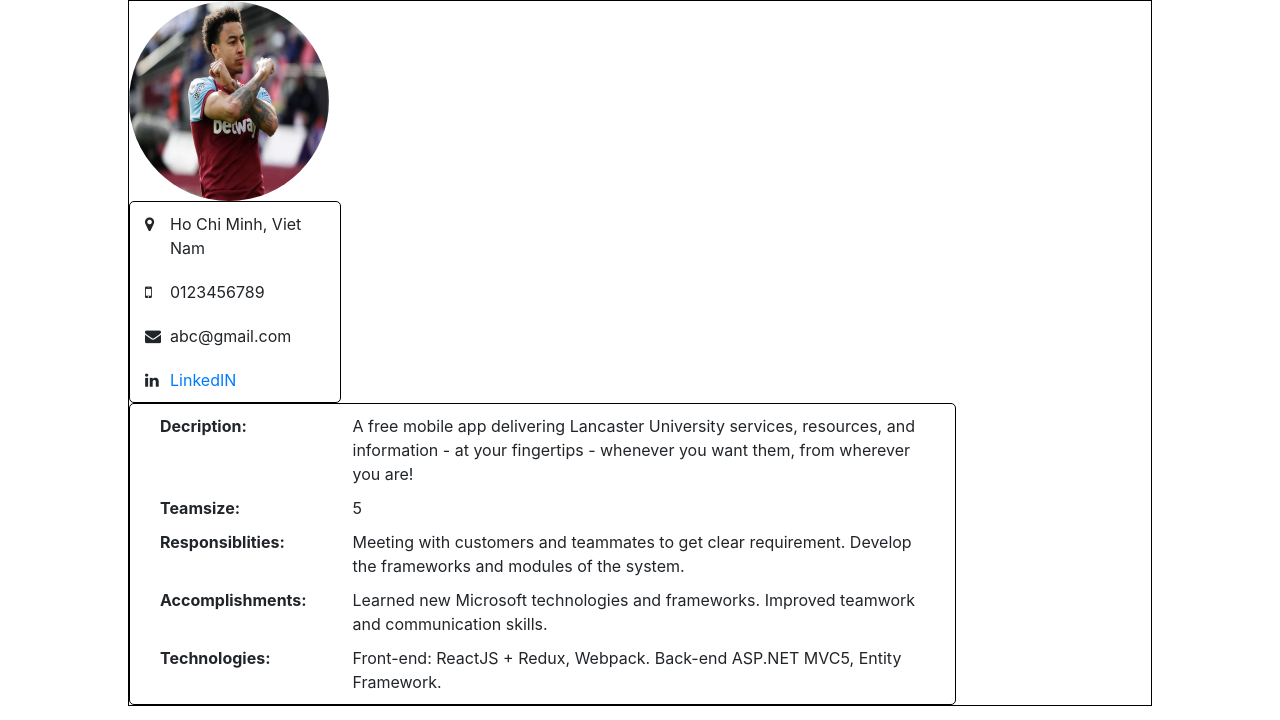
Repository: khoibanh113/mycv
Page: /
These files come from the project's save history. The page is drawn as it stood at one moment and after the next save; the edit follows.
The browser window is 1280 px wide. The pictures show the whole page.
The project was rebuilt for these pictures with package versions that can differ from the ones it lists, and the page was loaded fresh each time.

Above is the page before, as saved 2021-04-02 09:09:18.

### src/App.js
import React,{Component} from 'react'
import './App.css'
import Avatar from './component/avatar'
import AvaImg from './image/avatar.jpg'
import Contact from './component/contact'
import Name from './component/name'
import Experience from './component/experience'
class App extends Component {
  render(){
    return (
      <div className="App">
        <Avatar img={AvaImg} />

        <Contact
          name='Nguyen Vo Hoang Khoi'
          location='Ho Chi Minh, Viet Nam'
          phone='0123456789'
          email='abc@gmail.com'
          linkedin='LinkedIN'
        />
        <Experience
          projectname ='Project Course'
          projecttime='March 03 2019 - March 30 2019'
          projectlocation='ABC Company'
          decription ='A free mobile app delivering Lancaster University services, resources, and information - at your fingertips - whenever you want them, from wherever you are!'
          teamsize='5'
          responsiblities='Meeting with customers and teammates to get clear requirement. Develop the frameworks and modules of the system.'
          accomplishments='Learned new Microsoft technologies and frameworks. Improved teamwork and communication skills.'
          technologies='Front-end: ReactJS + Redux, Webpack. Back-end ASP.NET MVC5, Entity Framework.'
        />


      </div>
    );
  }
}

export default App;

### src/App.css
.App{
  height: fit-content;
  width: 80%;
  border: 1px solid black;
  margin: 0px auto;
  position: relative;
}

### src/component/avatar.js
import React from 'react'
import '../css/avatar.css'

class avatar extends React.Component {
    constructor(props){
        super(props);
        this.image = props.img;
    }

  render(){
    return (
        <div className="avaContainer">
          <img src={this.image} alt="this is your avatar" />
        </div>
    );
  }
}

export default avatar;

### src/component/contact.js
import  {Component} from 'react'
import '../../node_modules/font-awesome/css/font-awesome.min.css';
import 'bootstrap/dist/css/bootstrap.min.css';
import '../css/contact.css'

class contact extends Component{
    constructor(props){
        super(props);
        this.location = props.location;
        this.phone = props.phone;
        this.email = props.email;
        this.linkedin = props.linkedin;
    }



    render(){
        return(
            <div className="container-contact">

                <div className="row row-contact">
                        <div className="col-1 icon-contact">
                            <li className="fa fa-map-marker"></li>
                        </div>
                        <div className="col detail-contact">
                            <span>{this.location}</span>
                        </div>
                </div>
                <div class="row row-contact">
                    <div className="col-1 icon-contact">
                        <li className="fa fa-mobile" ></li>
                    </div>
                    <div className="col detail-contact">
                        <span>{this.phone}</span>
                    </div>
                </div>
                <div className="row row-contact">
                    <div className="col-1 icon-contact">
                        <li className="fa fa-envelope"></li>
                    </div>
                    <div class="col  detail-contact">
                        <span>{this.email}</span>
                    </div>
                </div>
                <div className="row row-contact">
                    <div className="col-1 icon-contact">
                        <li className="fa fa-linkedin"></li>
                    </div>
                    <div className="col  detail-contact">
                        <a href={this.linkedin} >{this.linkedin}</a>
                    </div>
                </div>

            </div>

        )
    }
}

export default contact;

### src/component/experience.js
import {Component} from 'react'
import 'bootstrap/dist/css/bootstrap.min.css';
import '../css/experience.css'
class experience extends Component{


    render(){
        return(
            <div>
                {/* <div className="row row-experience">
                    <div className="col-2">Project:</div>
                    <div className="col">Projectname</div>

                </div> */}
                <div className='container-experience'>
                    <div className="row row-experience">
                        <div className="col-2 col-item"><b>Decription:</b></div>
                        <div className="col detail-content">
                            <span>
                            A free mobile app delivering Lancaster University services, resources, and information - at your fingertips - whenever you want them, from wherever you are!
                            </span>
                        </div>
                    </div>
                    <div className="row row-experience">
                        <div className="col-2 col-item"><b>Teamsize:</b></div>
                        <div className="col detail-content">
                            <span>
                            5
                            </span>
                        </div>
                    </div>
                    <div className="row row-experience">
                        <div className="col-2 col-item"><b>Responsiblities:</b></div>
                        <div className="col detail-content">
                            <span>
                            Meeting with customers and teammates to get clear requirement. Develop the frameworks and modules of the system.
                            </span>
                        </div>
                    </div>
                    <div className="row row-experience">
                        <div className="col-2 col-item"><b>Accomplishments:</b></div>
                        <div className="col detail-content">
                            <span>
                            Learned new Microsoft technologies and frameworks. Improved teamwork and communication skills.
                            </span>
                        </div>
                    </div>
                    <div className="row row-experience">
                        <div className="col-2 col-item"><b>Technologies:</b></div>
                        <div className="col detail-content">
                            <span>
                            Front-end: ReactJS + Redux, Webpack. Back-end ASP.NET MVC5, Entity Framework.</span>
                        </div>
                    </div>
                </div>


             </div>
        )
    }
}

export default experience;

### src/css/avatar.css

.avaContainer img {
    height: 100%;
    width: 100%;
    border-radius: 100px;
}
.avaContainer{
    height: 200px;
    width: 200px;

}

.nameContainer{
    text-align: center;
}

### src/css/contact.css
.row-contact{
    padding: 10px 0px 10px 30px;
}
.detail-contact{
    width: 200px;
}
.icon-contact{
    padding: 0px 0px;
    max-width: 10px;


}
.container-contact{
    max-width: fit-content;
    /* width: fit-content; */
    border: 1px solid black;
    border-radius: 5px;
}

### src/css/experience.css
.container-experience{
    max-width: fit-content;
    border: 1px solid black;
    border-radius: 5px;
}
.row-experience{
    margin: 10px 0px 10px 30px;
}
.col-item{
    width: 150px;
    padding: 0px 0px;
    margin-right: 45px;
}
.detail-content{
    width: 600px;
}

### src/component/name.js
import {Component} from 'react'

class name extends Component{


    render(){
        return(
            <h1>222</h1>
        )
    }
}

export default name;

Loaded but not shown: public/index.html (common file); src/index.js (common file); src/index.css (common file); src/reportWebVitals.js (common file)

After the next save:
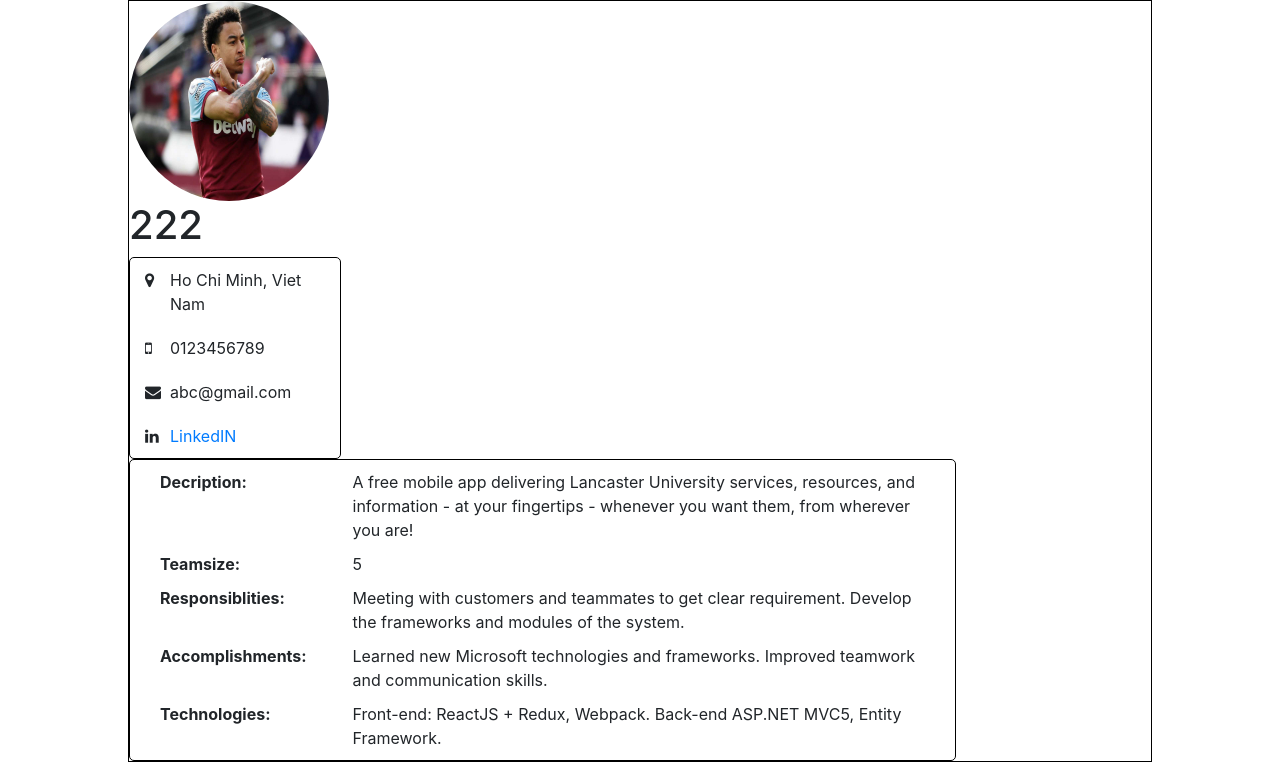
Saved 47 s later.
--- a/src/App.js
+++ b/src/App.js
@@ -10,7 +10,7 @@
     return (
       <div className="App">
         <Avatar img={AvaImg} />
-
+        <Name name='Nguyen Vo Hoang Khoi' />
         <Contact
           name='Nguyen Vo Hoang Khoi'
           location='Ho Chi Minh, Viet Nam'

After the 2 saves that followed:
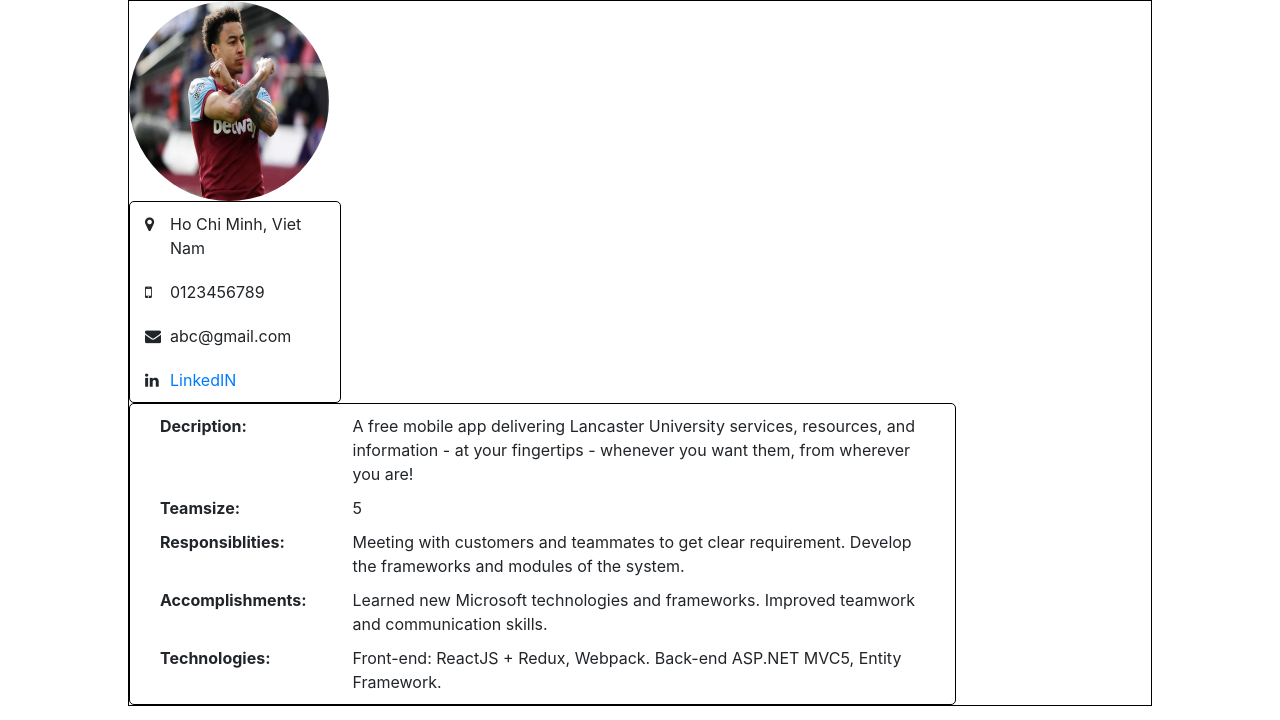
The 2 saves are shown as one change because 1 left the picture as it was.
The last was saved 2 min 21 s later.
--- a/src/component/name.js
+++ b/src/component/name.js
@@ -1,11 +1,19 @@
 import {Component} from 'react'
 
 class name extends Component{
+    constructor(props){
+        super(props);
+        this.name= props.name/2;
+    }
 
 
     render(){
         return(
-            <h1>222</h1>
+            <div>
+                <span>
+
+                </span>
+            </div>
         )
     }
 }
